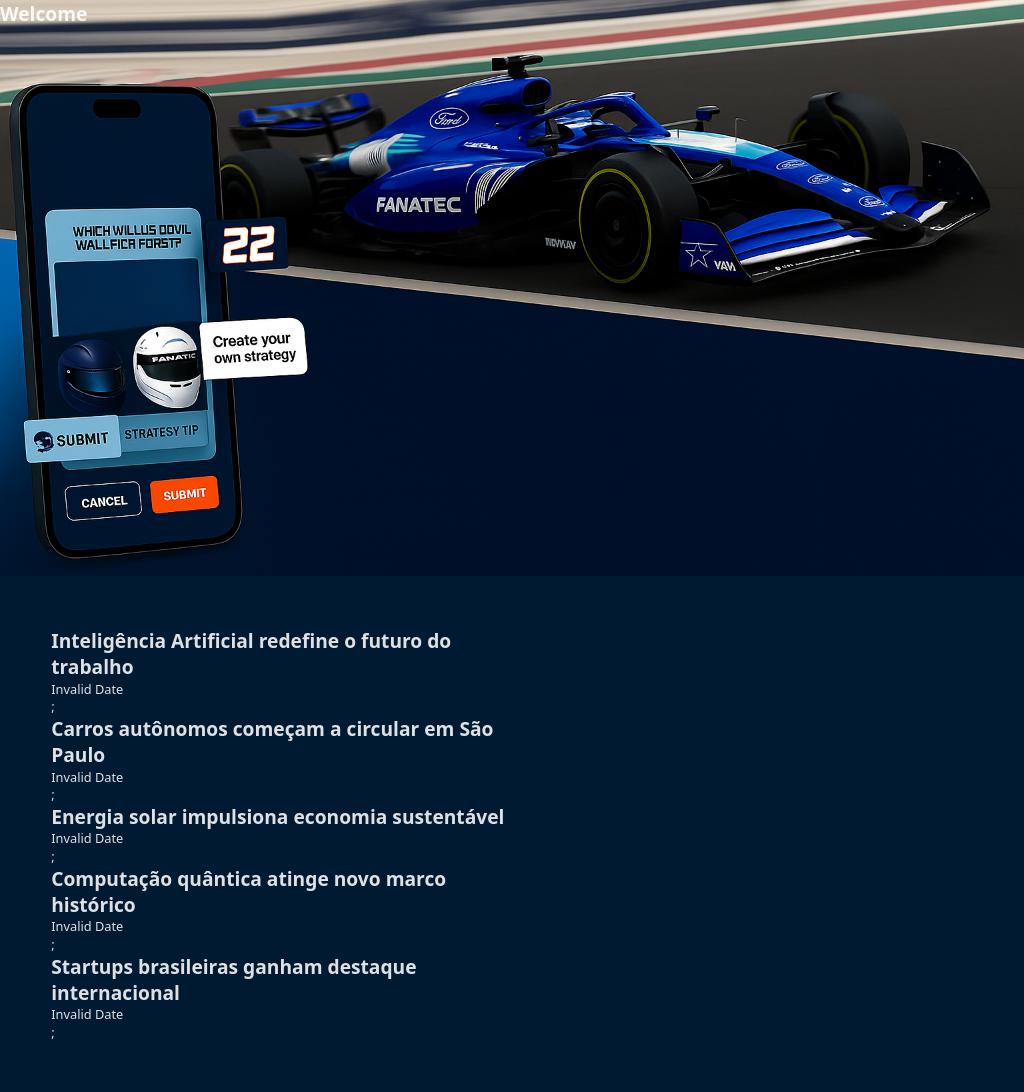
Repository: pedroantoniosi/ngm-esports-site
Page: /
These files come from the project's save history. The page is drawn as it stood at one moment and after the next save; the edit follows.
The browser window is 1280 px wide. The pictures show the whole page, at 80% of full size.
The project was rebuilt for these pictures with package versions that can differ from the ones it lists, and the page was loaded fresh each time. Also part of the build but not shown: vite.config.ts.

Above is the page before, as saved 2025-10-26 02:12:44.

### index.html
<!doctype html>
<html lang="en">
  <head>
    <meta charset="UTF-8" />
    <link rel="icon" type="image/svg+xml" href="/vite.svg" />
    <meta name="viewport" content="width=device-width, initial-scale=1.0" />
    <title>ngmesports</title>
  </head>
  <body>
    <div id="root"></div>
    <script type="module" src="/src/main.tsx"></script>
  </body>
</html>

### src/main.tsx
import { StrictMode } from "react";
import { createRoot } from "react-dom/client";
import "./index.css";
import "./reset.css";
import App from "./App.tsx";

createRoot(document.getElementById("root")!).render(
  <StrictMode>
    <App />
  </StrictMode>
);

### src/index.css
:root {
  font-family: system-ui, Avenir, Helvetica, Arial, sans-serif;
  font-weight: 400;

  color-scheme: light dark;
  color: rgba(255, 255, 255, 0.87);
  background-color: #001A32;

  font-synthesis: none;
  text-rendering: optimizeLegibility;
  -webkit-font-smoothing: antialiased;
  -moz-osx-font-smoothing: grayscale;
}

.container {
  margin: 0 auto;
  max-width: 1660px;
}




.hero-container {
  min-height: 100svh;
  background-image: url('./assets/img/banner.png');
  background-repeat: no-repeat;
  background-size: cover;
}



.news-content {
  padding: 4rem;
  display: grid;
  grid-template-columns: repeat(4, 1fr);
  grid-template-rows: repeat(2, 1fr);
  gap: 16px;

  & :nth-child(1) {
    grid-column: span 2 / span 2;
    grid-row: span 2 / span 2;
  }

  & :nth-child(2) {
    grid-column-start: 3;
  }

  & :nth-child(3) {
    grid-column-start: 4;
  }

  & :nth-child(4) {
    grid-column-start: 3;
    grid-row-start: 2;
  }

  & :nth-child(5) {
    grid-column-start: 4;
    grid-row-start: 2;
  }
}

### src/reset.css
/* <!-- ----------------------------------------------------------------------------------------------------------------- --> */
*,
*::before,
*::after {
  margin: 0;
  padding: 0;
  box-sizing: border-box;
  font-family: system-ui, -apple-system, BlinkMacSystemFont, "Segoe UI", Roboto, Oxygen, Ubuntu, Cantarell, "Open Sans", "Helvetica Neue", sans-serif;
}

input,
button,
select,
textarea {
  cursor: pointer;
  border: transparent;
  background-color: transparent;
  outline: none;
}

textarea {
  resize: none;
  min-height: 150px;

  /* Scrollbar moderno */
  &::-webkit-scrollbar {
    width: 12px;
    /* largura da barra lateral */
    height: 12px;
    /* altura da barra inferior */
  }

  &::-webkit-scrollbar-track {
    background: #0f0f0f;
    /* fundo do track */
  }

  &::-webkit-scrollbar-thumb {
    background-color: #555;
    border-radius: 10px;
    transition: background-color 0.3s ease;

    &:hover {
      background-color: #777;
      /* efeito hover suave */
    }

    &:active {
      background-color: #999;
      /* quando clica */
    }
  }

  /* Firefox */
  scrollbar-width: thin;
  scrollbar-color: #555 #0f0f0f;
}

ul,
ol {
  list-style: none;
}

a {
  text-decoration: none;
}

img,
picture {
  max-width: 100%;
  display: block;
  height: auto;
}

/* <!-- ----------------------------------------------------------------------------------------------------------------- --> */
.row-auto {
  display: flex;

  &>* {
    display: flex;
    flex: 1;
  }
}

.flex-1 {
  display: flex;
  flex: 1;
}

.flex-wrap {
  display: flex;
  flex-wrap: wrap;
}

/* <!-- ----------------------------------------------------------------------------------------------------------------- --> */
.row,
.row-xl,
.row-lg,
.row-md,
.row-sm {
  display: flex;
  flex-direction: row;
}

.col,
.col-xl,
.col-lg,
.col-md,
.col-sm {
  display: flex;
  flex-direction: column;
}

.row-reverse {
  display: flex;
  flex-direction: row-reverse;
}

.col-reverse {
  display: flex;
  flex-direction: column-reverse;
}

/* <!-- ----------------------------------------------------------------------------------------------------------------- --> */
.justify-center {
  justify-content: center;
}

.justify-around {
  justify-content: space-around;
}

.justify-between {
  justify-content: space-between;
}

.justify-evenly {
  justify-content: space-evenly;
}

.justify-start {
  justify-content: flex-start;
}

.justify-end {
  justify-content: flex-end;
}

/* <!-- ----------------------------------------------------------------------------------------------------------------- --> */
.align-center {
  align-items: center;
}

.align-start {
  align-items: start;
}

.align-end {
  align-items: end;
}

.align-self-center {
  align-self: center;
}

.align-self-start {
  align-self: flex-start;
}

.align-self-end {
  align-self: end;
}

/* <!-- ----------------------------------------------------------------------------------------------------------------- --> */
.gap-05 {
  gap: 0.5rem;
}

.gap-1 {
  gap: 1rem;
}

.gap-2 {
  gap: 2rem;
}

.gap-3 {
  gap: 3rem;
}

.gap-4 {
  gap: 4rem;
}

.gap-5 {
  gap: 5rem;
}

/* <!-- ----------------------------------------------------------------------------------------------------------------- --> */
.grid-auto {
  display: grid;
  grid-auto-flow: column;
  grid-auto-columns: 1fr;
}

.grid-2 {
  grid-template-columns: repeat(2, 1fr);
  grid-template-rows: auto;
}

.grid-3 {
  grid-template-columns: repeat(3, 1fr);
  grid-template-rows: auto;
}

.grid-4 {
  grid-template-columns: repeat(4, 1fr);
  grid-template-rows: auto;
}

.grid-5 {
  grid-template-columns: repeat(5, 1fr);
  grid-template-rows: auto;
}

.grid-6 {
  grid-template-columns: repeat(6, 1fr);
  grid-template-rows: auto;
}

.grid-7 {
  grid-template-columns: repeat(7, 1fr);
  grid-template-rows: auto;
}

.grid-8 {
  grid-template-columns: repeat(8, 1fr);
  grid-template-rows: auto;
}

.grid-9 {
  grid-template-columns: repeat(9, 1fr);
  grid-template-rows: auto;
}

.grid-10 {
  grid-template-columns: repeat(10, 1fr);
  grid-template-rows: auto;
}

.grid-11 {
  grid-template-columns: repeat(11, 1fr);
  grid-template-rows: auto;
}

.grid-12 {
  grid-template-columns: repeat(12, 1fr);
  grid-template-rows: auto;
}

.grid-2,
.grid-3,
.grid-4,
.grid-5,
.grid-6,
.grid-7,
.grid-8,
.grid-9,
.grid-10,
.grid-11,
.grid-12 {
  display: grid;
  grid-template-rows: 1fr;
}

/* <!-- -------------------------------- Margin -------------------------------- --> */
.m-auto {
  margin: 0 auto;
}

.mt-auto {
  margin-top: auto;
}

.mb-auto {
  margin-bottom: auto;
}

.ms-auto {
  margin-left: auto;
}

.me-auto {
  margin-right: auto;
}

.m-0 {
  margin: 0;
}

.m-05 {
  margin: 0.5rem;
}

.m-1 {
  margin: 1rem;
}

.m-2 {
  margin: 2rem;
}

.m-3 {
  margin: 3rem;
}

.m-4 {
  margin: 4rem;
}

.m-5 {
  margin: 5rem;
}

.mt-05 {
  margin-top: 0.5rem;
}

.mt-1 {
  margin-top: 1rem;
}

.mt-2 {
  margin-top: 2rem;
}

.mt-3 {
  margin-top: 3rem;
}

.mt-4 {
  margin-top: 4rem;
}

.mt-5 {
  margin-top: 5rem;
}

.mb-05 {
  margin-bottom: 0.5rem;
}

.mb-1 {
  margin-bottom: 1rem;
}

.mb-2 {
  margin-bottom: 2rem;
}

.mb-3 {
  margin-bottom: 3rem;
}

.mb-4 {
  margin-bottom: 4rem;
}

.mb-5 {
  margin-bottom: 5rem;
}

.ms-05 {
  margin-left: 0.5rem;
}

.ms-1 {
  margin-left: 1rem;
}

.ms-2 {
  margin-left: 2rem;
}

.ms-3 {
  margin-left: 3rem;
}

.ms-4 {
  margin-left: 4rem;
}

.ms-5 {
  margin-left: 5rem;
}

.me-05 {
  margin-right: 0.5rem;
}

.me-1 {
  margin-right: 1rem;
}

.me-2 {
  margin-right: 2rem;
}

.me-3 {
  margin-right: 3rem;
}

.me-4 {
  margin-right: 4rem;
}

.me-5 {
  margin-right: 5rem;
}

.mx-05 {
  margin-left: 0.5rem;
  margin-right: 0.5rem;
}

.mx-1 {
  margin-left: 1rem;
  margin-right: 1rem;
}

.mx-2 {
  margin-left: 2rem;
  margin-right: 2rem;
}

.mx-3 {
  margin-left: 3rem;
  margin-right: 3rem;
}

.mx-4 {
  margin-left: 4rem;
  margin-right: 4rem;
}

.mx-5 {
  margin-left: 5rem;
  margin-right: 5rem;
}

.my-05 {
  margin-top: 0.5rem;
  margin-bottom: 0.5rem;
}

.my-1 {
  margin-top: 1rem;
  margin-bottom: 1rem;
}

.my-2 {
  margin-top: 2rem;
  margin-bottom: 2rem;
}

.my-3 {
  margin-top: 3rem;
  margin-bottom: 3rem;
}

.my-4 {
  margin-top: 4rem;
  margin-bottom: 4rem;
}

.my-5 {
  margin-top: 5rem;
  margin-bottom: 5rem;
}

/* <!-- -------------------------------- Padding -------------------------------- --> */
.p-0 {
  padding: 0;
}

.p-05 {
  padding: 0.5rem;
}

.p-1 {
  padding: 1rem;
}

.p-2 {
  padding: 2rem;
}

.p-3 {
  padding: 3rem;
}

.p-4 {
  padding: 4rem;
}

.p-5 {
  padding: 5rem;
}

.pt-05 {
  padding-top: 0.5rem;
}

.pt-1 {
  padding-top: 1rem;
}

.pt-2 {
  padding-top: 2rem;
}

.pt-3 {
  padding-top: 3rem;
}

.pt-4 {
  padding-top: 4rem;
}

.pt-5 {
  padding-top: 5rem;
}

.pb-05 {
  padding-bottom: 0.5rem;
}

.pb-1 {
  padding-bottom: 1rem;
}

.pb-2 {
  padding-bottom: 2rem;
}

.pb-3 {
  padding-bottom: 3rem;
}

.pb-4 {
  padding-bottom: 4rem;
}

.pb-5 {
  padding-bottom: 5rem;
}

.ps-05 {
  padding-left: 0.5rem;
}

.ps-1 {
  padding-left: 1rem;
}

.ps-2 {
  padding-left: 2rem;
}

.ps-3 {
  padding-left: 3rem;
}

.ps-4 {
  padding-left: 4rem;
}

.ps-5 {
  padding-left: 5rem;
}

.pe-05 {
  padding-right: 0.5rem;
}

.pe-1 {
  padding-right: 1rem;
}

.pe-2 {
  padding-right: 2rem;
}

.pe-3 {
  padding-right: 3rem;
}

.pe-4 {
  padding-right: 4rem;
}

.pe-5 {
  padding-right: 5rem;
}

.px-05 {
  padding-left: 0.5rem;
  padding-right: 0.5rem;
}

.px-1 {
  padding-left: 1rem;
  padding-right: 1rem;
}

.px-2 {
  padding-left: 2rem;
  padding-right: 2rem;
}

.px-3 {
  padding-left: 3rem;
  padding-right: 3rem;
}

.px-4 {
  padding-left: 4rem;
  padding-right: 4rem;
}

.px-5 {
  padding-left: 5rem;
  padding-right: 5rem;
}

.py-05 {
  padding-top: 0.5rem;
  padding-bottom: 0.5rem;
}

.py-1 {
  padding-top: 1rem;
  padding-bottom: 1rem;
}

.py-2 {
  padding-top: 2rem;
  padding-bottom: 2rem;
}

.py-3 {
  padding-top: 3rem;
  padding-bottom: 3rem;
}

.py-4 {
  padding-top: 4rem;
  padding-bottom: 4rem;
}

.py-5 {
  padding-top: 5rem;
  padding-bottom: 5rem;
}

/* <!-- -------------------------------- Tools -------------------------------- --> */
.position-absolute {
  position: absolute;
}

.center-aboslute {
  top: 50%;
  left: 50%;
  transform: translate(-50%, -50%);
}

.position-relative {
  position: relative;
}

.position-fixed {
  position: fixed;
}

.position-sticky {
  position: sticky;
}

/* <!-- -------------------------------- Display -------------------------------- --> */
.row,
.row-xl,
.row-lg,
.row-md,
.row-sm {
  display: flex;
}

.d-grid,
.d-grid-xl,
.d-grid-lg,
.d-grid-md,
.d-grid-sm {
  display: grid;
}

.d-none,
.d-none-xl,
.d-none-lg,
.d-none-md,
.d-none-sm {
  display: none;
}

.d-block,
.d-block-xl,
.d-block-lg,
.d-block-md,
.d-block-sm {
  display: block;
}

.d-flex,
.d-flex-xl,
.d-flex-lg,
.d-flex-md,
.d-flex-sm {
  display: flex;
}

/* <!-- -------------------------------- Tools -------------------------------- --> */
.cursor-pointer {
  cursor: pointer;
}

.overflow-hidden {
  overflow: hidden;
}

.textwrap-none {
  white-space: none;
}

.select-none {
  -webkit-user-select: none;
  -moz-user-select: none;
  user-select: none;
}

.text-center {
  text-align: center;
}

.place-center {
  place-items: center;
}

.w-100 {
  width: 100%;
}

.h-100 {
  height: 100%;
}

/* Large screen devices (Desktops) */
@media (max-width: 992px) {
  .row-lg {
    display: flex;
    flex-direction: column;
  }

  .d-flex-lg {
    display: none;
  }

  .d-none-lg {
    display: block;
  }
}

/* Medium Screens Devices (Tablets) */
@media (max-width: 768px) {
  .row-md {
    display: flex;
    flex-direction: column;
  }

  .d-flex-md {
    display: none;
  }

  .d-none-md {
    display: block;
  }
}

/*  Small devices (Phones) */
@media (max-width: 568px) {
  .row-sm {
    display: flex;
    flex-direction: column;
  }

  .d-flex-sm {
    display: none;
  }

  .d-none-sm {
    display: block;
  }
}

/*# sourceMappingURL=reset.css.map */

### src/App.tsx
import Hero from "./components/Hero/Index";
import News from "./components/News/Index";
import NewsTemplate from "./components/Template/NewsTemplate";
import Container from "./components/Container/Index";

function App() {
  return (
    <>
      <Hero />
      <Container>
        <NewsTemplate>
          <News />
        </NewsTemplate>
      </Container>
    </>
  );
}

export default App;

### src/components/Hero/Index.tsx
import React from "react";

interface HeroProps {
  title?: string;
  subtitle?: string;
  children?: React.ReactNode;
}

const Hero = ({ title = "Welcome", subtitle, children }: HeroProps) => {
  return (
    <section className="hero-container" role="banner" aria-label="Hero">
      <div className="hero-content">
        <h1>{title}</h1>
        {subtitle && <p className="hero-subtitle">{subtitle}</p>}
        {children}
      </div>
    </section>
  );
};

export default Hero;

### src/components/News/Index.tsx
import { useEffect, useState } from "react";
import Card from "../Card";
import { newsData } from "../../api/newsApi";

interface NewsItem {
  id: number;
  title: string;
  description: string;
  urlToImage: string;
  publishedAt: string;
}

const News = () => {
  const [news, setNews] = useState<NewsItem[]>([]);

  useEffect(() => {
    // Simula requisição de API com pequeno atraso
    const fetchNews = async () => {
      await new Promise((resolve) => setTimeout(resolve, 300));
      setNews(newsData);
    };

    fetchNews();
  }, []);

  return (
    <section className="news-container">
      {news.map((item) => (
        <Card
          key={item.id}
          img={item.urlToImage}
          title={item.title}
          subtitle={item.description}
        >
          <span>{new Date(item.publishedAt).toLocaleDateString()}</span>
        </Card>
      ))}
    </section>
  );
};

export default News;

### src/components/Template/NewsTemplate.tsx
import type { ReactNode } from "react";

interface NewsTemplateProps {
  children?: ReactNode;
}

const NewsTemplate = ({ children }: NewsTemplateProps) => {
  return (
    <>
      <div className="news-content">{children}</div>
    </>
  );
};

export default NewsTemplate;

### src/components/Container/Index.tsx
import type { ReactNode } from "react";

type ContainerProps = {
  children: ReactNode;
};

const Container = ({ children }: ContainerProps) => {
  return <div className="container">{children}</div>;
};

export default Container;

### src/components/Card/index.tsx
interface NewsProps {
  img?: string;
  title?: string;
  subtitle?: string;
  date?: number;
  children?: React.ReactNode;
}

const Card = ({ img, title, subtitle, children }: NewsProps) => {
  return (
    <>
      <div className="card" aria-label="Card">
        <div className="background-img">
          <img src={img} alt="" />
        </div>
        <div className="caption">
          <h2>{title}</h2>
          <p>{subtitle}</p>
        </div>
        {children}
      </div>
      ;
    </>
  );
};

export default Card;

### src/api/newsApi.tsx
// src/api/newsApi.ts
export const newsData = [
  {
    img: "/images/news1.jpg",
    title: "Inteligência Artificial redefine o futuro do trabalho",
    subtitle:
      "Empresas adotam IA generativa para automatizar tarefas e aumentar a produtividade.",
  },
  {
    img: "/images/news2.jpg",
    title: "Carros autônomos começam a circular em São Paulo",
    subtitle:
      "Veículos totalmente autônomos iniciam fase de testes nas ruas da capital.",
  },
  {
    img: "/images/news3.jpg",
    title: "Energia solar impulsiona economia sustentável",
    subtitle:
      "Tecnologias mais acessíveis ampliam o uso de energia limpa em todo o país.",
  },
  {
    img: "/images/news4.jpg",
    title: "Computação quântica atinge novo marco histórico",
    subtitle:
      "Pesquisadores desenvolvem chip quântico mais estável já criado até hoje.",
  },
  {
    img: "/images/news5.jpg",
    title: "Startups brasileiras ganham destaque internacional",
    subtitle:
      "Empresas de tecnologia do Brasil atraem investimentos recordes em 2025.",
  },
];

After the next save:
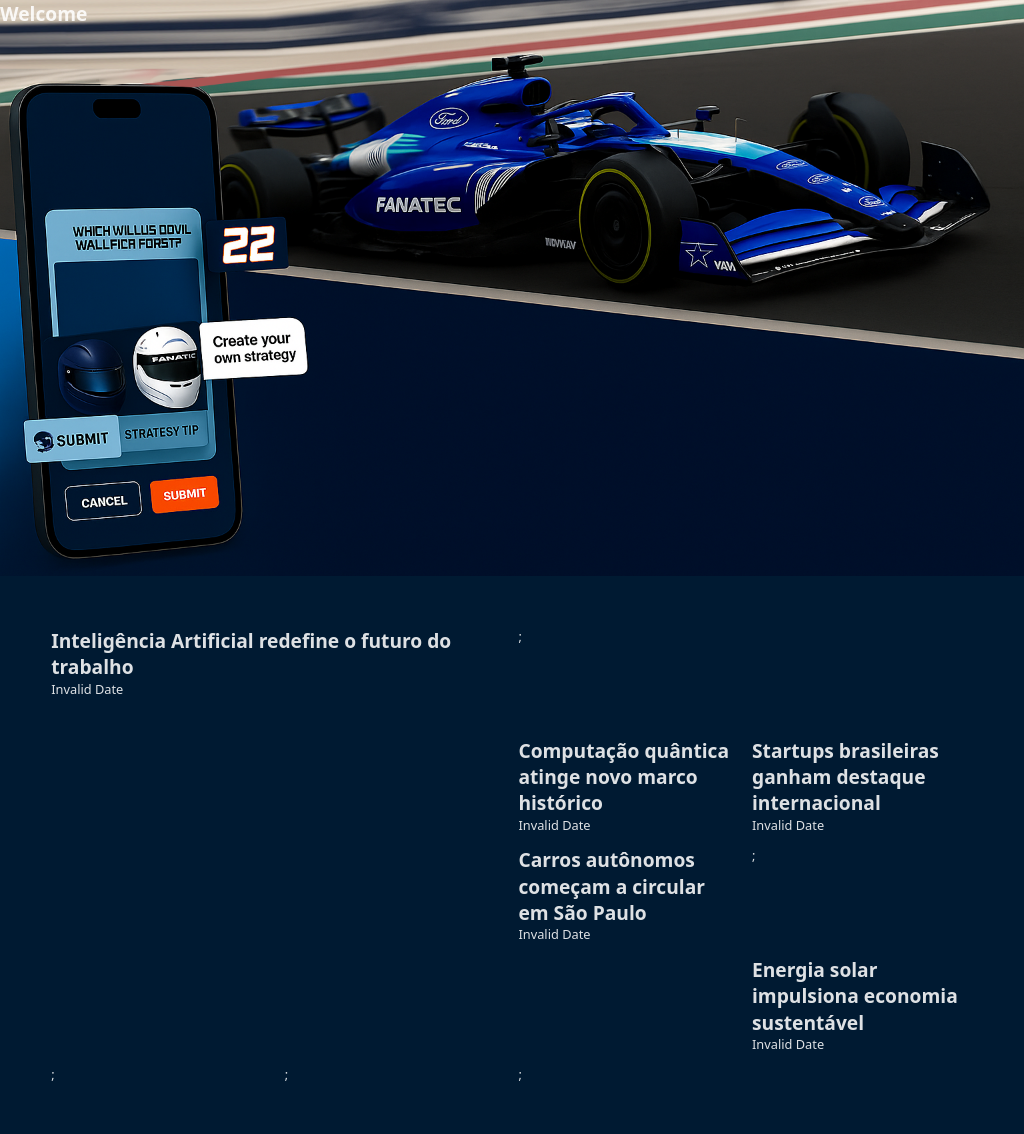
Saved 61 s later.
--- a/src/components/News/Index.tsx
+++ b/src/components/News/Index.tsx
@@ -24,7 +24,7 @@
   }, []);
 
   return (
-    <section className="news-container">
+    <>
       {news.map((item) => (
         <Card
           key={item.id}
@@ -35,7 +35,7 @@
           <span>{new Date(item.publishedAt).toLocaleDateString()}</span>
         </Card>
       ))}
-    </section>
+    </>
   );
 };
 
